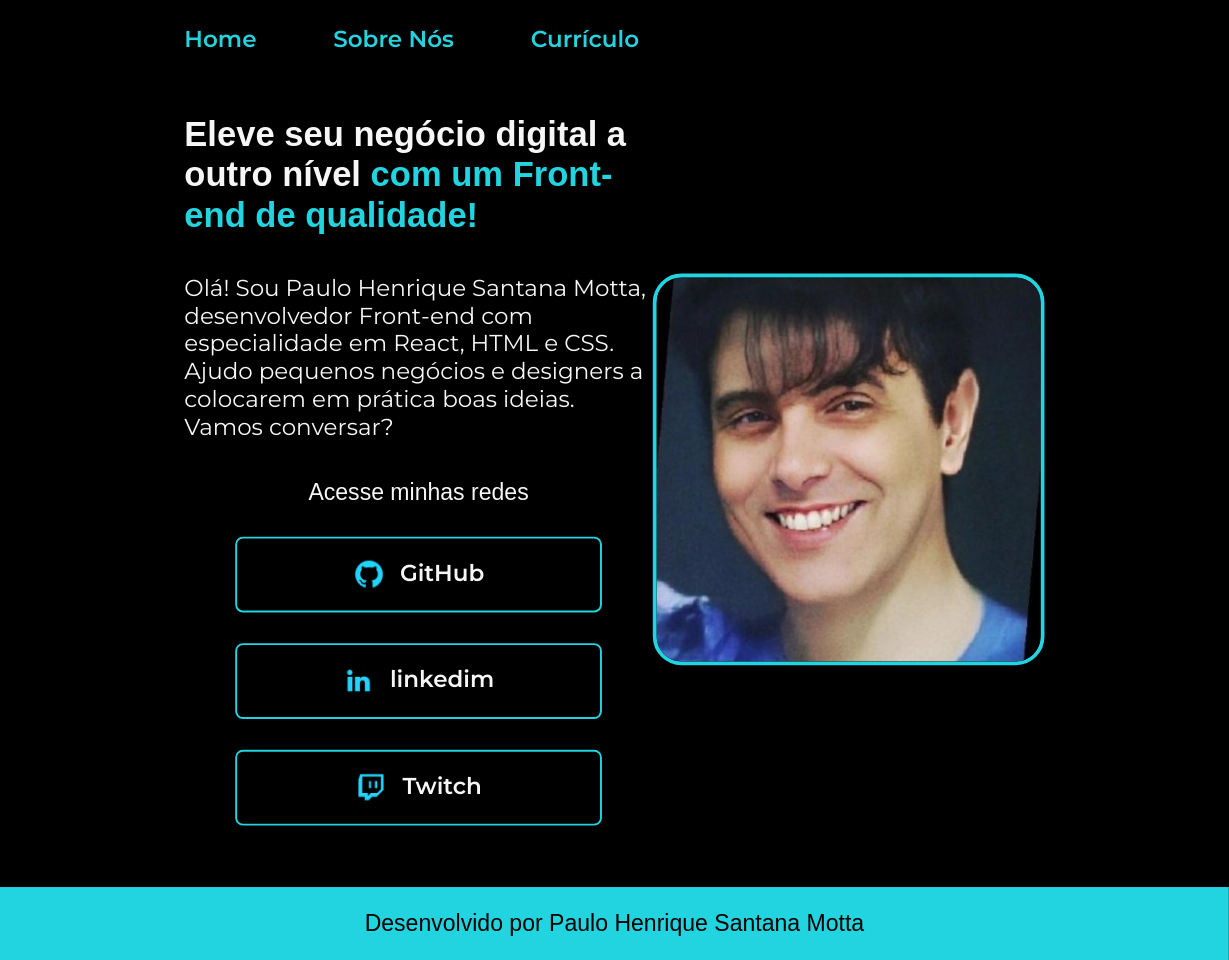
Repository: phsmottanerd/projeto-portfolio-alura
Page: index.html
These files come from the project's save history. The page is drawn as it stood at one moment and after the next save; the edit follows.
The browser window is 1280 px wide. The pictures show the whole page, at 96% of full size.
Some web fonts or font styles are not loaded; a fallback is used.

Above is the page before, as saved 2025-01-28 01:54:13.

After the next save:
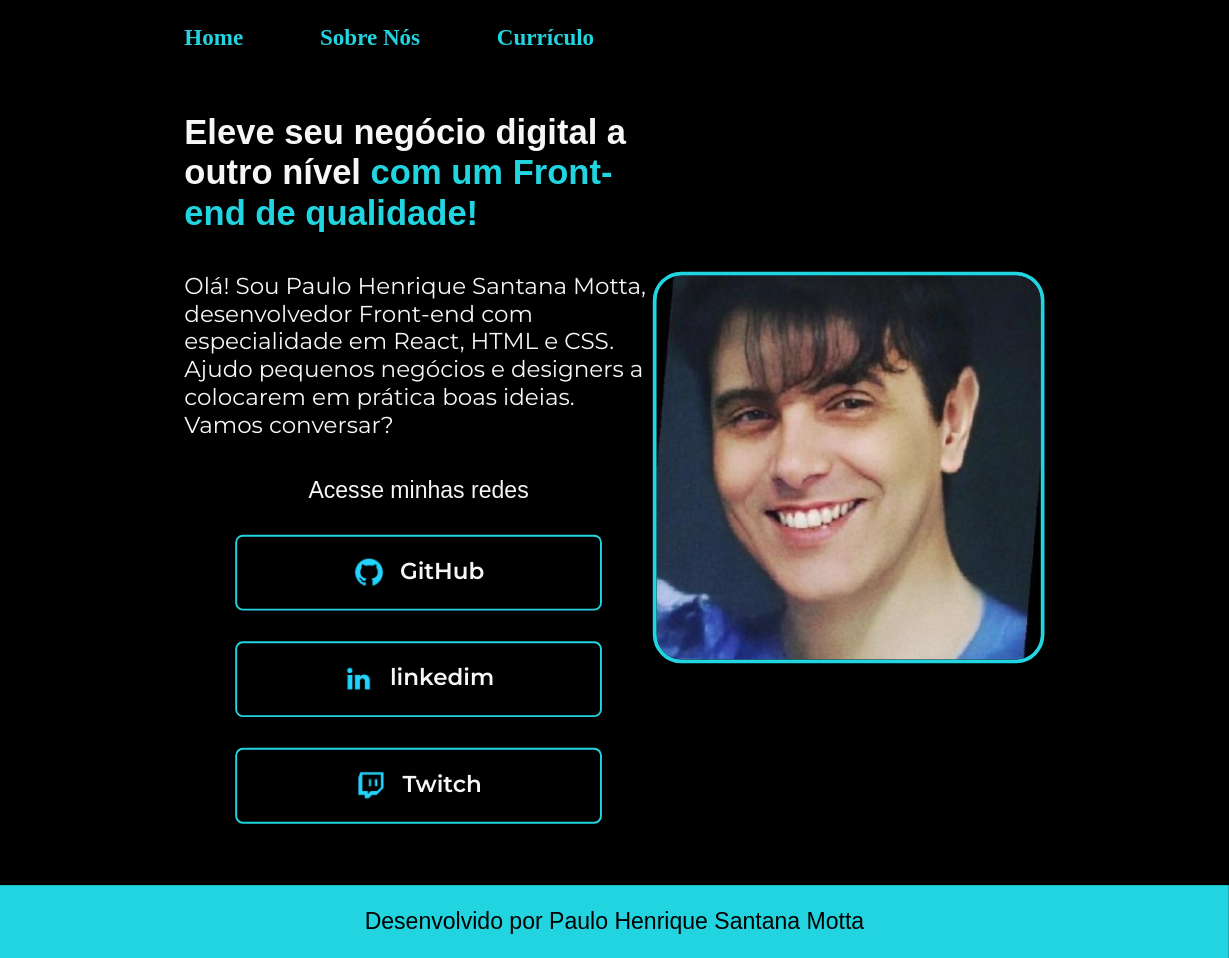
Saved 49 s later.
--- a/estilos/style.css
+++ b/estilos/style.css
@@ -31,7 +31,7 @@ body {
 }
 
 .cabecalho__menu__link {
-  font-family: "Montserrat", sans-serif;
+  font-family: var(----font-secundaria);
   font-size: 24px;
   font-weight: 600;
   color: var(--cor-terciaria);
